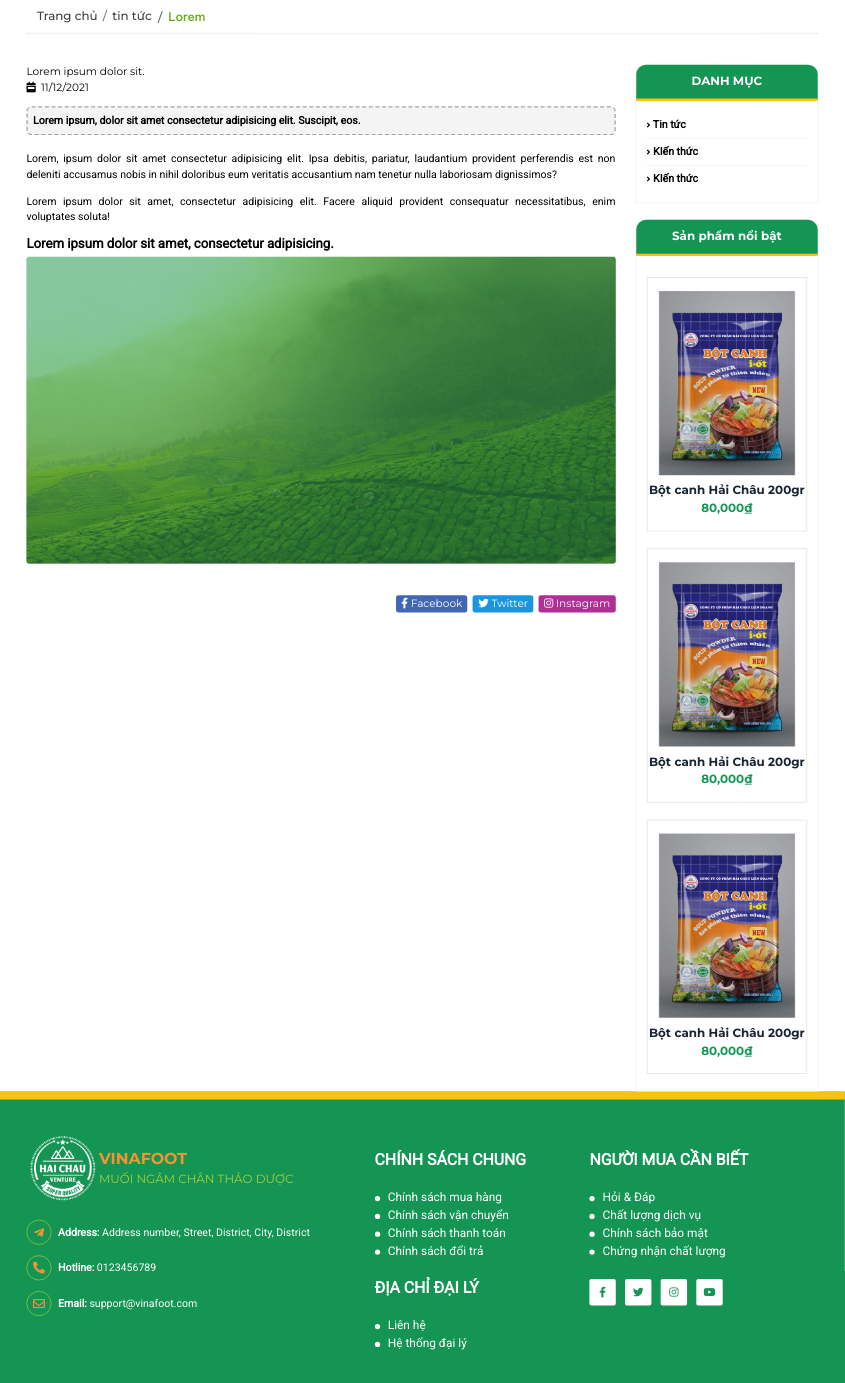
Repository: haianh12082001/VINAFOOT
Page: news-detail.html
These files come from the project's save history. The page is drawn as it stood at one moment and after the next save; the edit follows.
The browser window is 1280 px wide. The pictures show the whole page, at 66% of full size.
Some web libraries are served in a nearby version.

Above is the page before, as saved 2021-12-12 20:32:43.

### news-detail.html
<!DOCTYPE html>
<html lang="en">
    <head>
        <meta charset="UTF-8" />
        <meta http-equiv="X-UA-Compatible" content="IE=edge" />
        <meta name="viewport" content="width=device-width, initial-scale=1.0" />
        <link href="https://fonts.googleapis.com/css2?family=Montserrat:wght@300;400;500;700;900&display=swap" rel="stylesheet" />
        <link href="https://fonts.googleapis.com/css?family=Roboto" rel="stylesheet" />
        <link href="https://fonts.googleapis.com/css2?family=Be+Vietnam+Pro:wght@500&display=swap" rel="stylesheet" />
        <link rel="stylesheet" href="./assets/fonts/fontawesome-free-5.15.3/css/all.min.css" />
        <link
            rel="stylesheet"
            href="https://cdn.jsdelivr.net/npm/bootstrap@4.6.0/dist/css/bootstrap.min.css"
            integrity="sha384-B0vP5xmATw1+K9KRQjQERJvTumQW0nPEzvF6L/Z6nronJ3oUOFUFpCjEUQouq2+l"
            crossorigin="anonymous"
        />
        <link rel="stylesheet" type="text/css" href="https://cdn.jsdelivr.net/npm/slick-carousel@1.8.1/slick/slick.css" />
        <link rel="stylesheet" href="./assets/css/app.css" />
        <title>Document</title>
    </head>
    <body>
        <div class="box-breadcrumb">
            <div class="container">
                <ul class="breadcrumb">
                    <li class="breadcrumb-item"><a href="">Trang chủ</a></li>
                    <li class="breadcrumb-item"><a href="">tin tức</a></li>
                    <li class="breadcrumb-item active">Lorem</li>
                </ul>
            </div>
        </div>
        <section class="news-detail">
            <div class="container">
                <div class="row">
                    <div class="col-lg-9">
                        <div class="title">Lorem ipsum dolor sit.</div>
                        <div class="date mb-3">
                            <i class="fas fa-calendar-week mr-1"></i>
                            11/12/2021
                        </div>
                        <div class="sapo-detail mb-2">Lorem ipsum, dolor sit amet consectetur adipisicing elit. Suscipit, eos.</div>
                        <div class="content-detail py-3">
                            <p>
                                Lorem, ipsum dolor sit amet consectetur adipisicing elit. Ipsa debitis, pariatur, laudantium provident perferendis est non
                                deleniti accusamus nobis in nihil doloribus eum veritatis accusantium nam tenetur nulla laboriosam dignissimos?
                            </p>
                            <p>
                                Lorem ipsum dolor sit amet, consectetur adipisicing elit. Facere aliquid provident consequatur necessitatibus, enim voluptates
                                soluta!
                            </p>
                            <h2>
                                <strong>Lorem ipsum dolor sit amet, consectetur adipisicing.</strong>
                            </h2>
                            <p>
                                <img src="./assets/img/intro/Group 349.jpg" alt="" />
                            </p>
                        </div>
                        <ul class="share-social d-flex justify-content-end mt-3">
                            <li>
                                <button class="btn btn-fb">
                                    <i class="fab fa-facebook-f"></i>
                                    Facebook
                                </button>
                            </li>
                            <li>
                                <button class="btn btn-twitter">
                                    <i class="fab fa-twitter"></i>
                                    Twitter
                                </button>
                            </li>
                            <li>
                                <button class="btn btn-instagram">
                                    <i class="fab fa-instagram"></i>
                                    Instagram
                                </button>
                            </li>
                        </ul>
                    </div>
                    <div class="col-lg-3 mt-lg-0 mt-3">
                        <div class="box-side">
                            <div class="title">DANH MỤC</div>
                            <div class="body">
                                <ul class="menu-right">
                                    <li>
                                        <a href="">
                                            <i class="fas fa-angle-right"></i>
                                            Tin tức
                                        </a>
                                        <!-- <ul>
                                            <li>
                                                <a href="">
                                                    <i class="fas fa-arrow-right"></i>
                                                    Tin tức
                                                </a>
                                            </li>
                                        </ul> -->
                                    </li>
                                    <li>
                                        <a href="">
                                            <i class="fas fa-angle-right"></i>
                                            KIến thức
                                        </a>
                                    </li>
                                    <li>
                                        <a href="">
                                            <i class="fas fa-angle-right"></i>
                                            KIến thức
                                        </a>
                                    </li>
                                </ul>
                            </div>
                        </div>
                        <div class="box-side mt-lg-4 mt-3">
                            <div class="title">Sản phẩm nổi bật</div>
                            <div class="body">
                                <div class="row">
                                    <div class="mt-3 col-lg-12 col-6">
                                        <div class="product-item">
                                            <a href=""><img src="./assets/img/product/Rectangle 196.png" alt="" /></a>
                                            <div class="product-body">
                                                <a href=""> <div class="product-name">Bột canh Hải Châu 200gr</div></a>
                                                <div class="product-price">80,000₫</div>
                                            </div>
                                        </div>
                                    </div>
                                    <div class="mt-3 col-lg-12 col-6">
                                        <div class="product-item">
                                            <a href=""><img src="./assets/img/product/Rectangle 196.png" alt="" /></a>
                                            <div class="product-body">
                                                <a href=""> <div class="product-name">Bột canh Hải Châu 200gr</div></a>
                                                <div class="product-price">80,000₫</div>
                                            </div>
                                        </div>
                                    </div>
                                    <div class="mt-3 col-lg-12 col-6">
                                        <div class="product-item">
                                            <a href=""><img src="./assets/img/product/Rectangle 196.png" alt="" /></a>
                                            <div class="product-body">
                                                <a href=""> <div class="product-name">Bột canh Hải Châu 200gr</div></a>
                                                <div class="product-price">80,000₫</div>
                                            </div>
                                        </div>
                                    </div>
                                </div>
                            </div>
                        </div>
                    </div>
                </div>
            </div>
        </section>
        <div class="footer">
            <div class="line"></div>
            <div class="container">
                <div class="row py-5">
                    <div class="col-lg-5 col-12">
                        <div class="logo d-flex mb-lg-4">
                            <img src="./assets/img/logo-footer.png" alt="" />
                            <div class="d-flex flex-column justify-content-center">
                                <div class="company">vinafoot</div>
                                <div class="name">muối ngâm chân thảo dược</div>
                            </div>
                        </div>
                        <div class="d-flex flex-column">
                            <div class="item d-flex align-items-center mb-3">
                                <div class="icon"><i class="fab fa-telegram-plane"></i></div>
                                <span><b>Address:</b> Address number, Street, District, City, District</span>
                            </div>
                            <div class="item d-flex align-items-center mb-3">
                                <div class="icon"><i class="fas fa-phone-alt"></i></div>
                                <span><b>Hotline:</b> 0123456789</span>
                            </div>
                            <div class="item d-flex align-items-center mb-3">
                                <div class="icon"><i class="far fa-envelope"></i></div>
                                <span><b>Email:</b> support@vinafoot.com</span>
                            </div>
                        </div>
                    </div>
                    <div class="col-lg-4 px-lg-5 col-sm-6 order-sm-2">
                        <div class="title">Người mua cần biết</div>
                        <ul class="list">
                            <li>Hỏi & Đáp</li>
                            <li>Chất lượng dịch vụ</li>
                            <li>Chính sách bảo mật</li>
                            <li>Chứng nhận chất lượng</li>
                        </ul>
                        <div class="social d-flex">
                            <a href="">
                                <div class="social-icon">
                                    <i class="fab fa-facebook-f"></i>
                                </div>
                            </a>
                            <a href="">
                                <div class="social-icon">
                                    <i class="fab fa-twitter"></i>
                                </div>
                            </a>
                            <a href="">
                                <div class="social-icon">
                                    <i class="fab fa-instagram"></i>
                                </div>
                            </a>
                            <a href="">
                                <div class="social-icon">
                                    <i class="fab fa-youtube"></i>
                                </div>
                            </a>
                        </div>
                    </div>
                    <div class="col-lg-3 col-sm-6 order-sm-1">
                        <div class="col-12">
                            <div class="title">Chính sách chung</div>
                            <ul class="list">
                                <li>Chính sách mua hàng</li>
                                <li>Chính sách vận chuyển</li>
                                <li>Chính sách thanh toán</li>
                                <li>Chính sách đổi trả</li>
                            </ul>
                        </div>
                        <div class="col-12">
                            <div class="title">ĐỊa chỉ đại lý</div>
                            <ul class="list">
                                <li>Liên hệ</li>
                                <li>Hệ thống đại lý</li>
                            </ul>
                        </div>
                    </div>
                </div>
            </div>
        </div>
        <script type="text/javascript" src="https://code.jquery.com/jquery-1.11.0.min.js"></script>
        <script type="text/javascript" src="https://code.jquery.com/jquery-migrate-1.2.1.min.js"></script>
        <script
            src="https://cdnjs.cloudflare.com/ajax/libs/bootstrap/4.6.0/js/bootstrap.min.js"
            integrity="sha512-XKa9Hemdy1Ui3KSGgJdgMyYlUg1gM+QhL6cnlyTe2qzMCYm4nAZ1PsVerQzTTXzonUR+dmswHqgJPuwCq1MaAg=="
            crossorigin="anonymous"
            referrerpolicy="no-referrer"
        ></script>
        <script type="text/javascript" src="https://cdn.jsdelivr.net/npm/slick-carousel@1.8.1/slick/slick.min.js"></script>
        <script src="./assets/js/main.js"></script>
    </body>
</html>

Loaded but not shown: assets/fonts/fontawesome-free-5.15.3/css/all.min.css (library); assets/js/main.js (103 lines, source omitted); assets/css/app.css (2055 lines, source omitted)

After the next save:
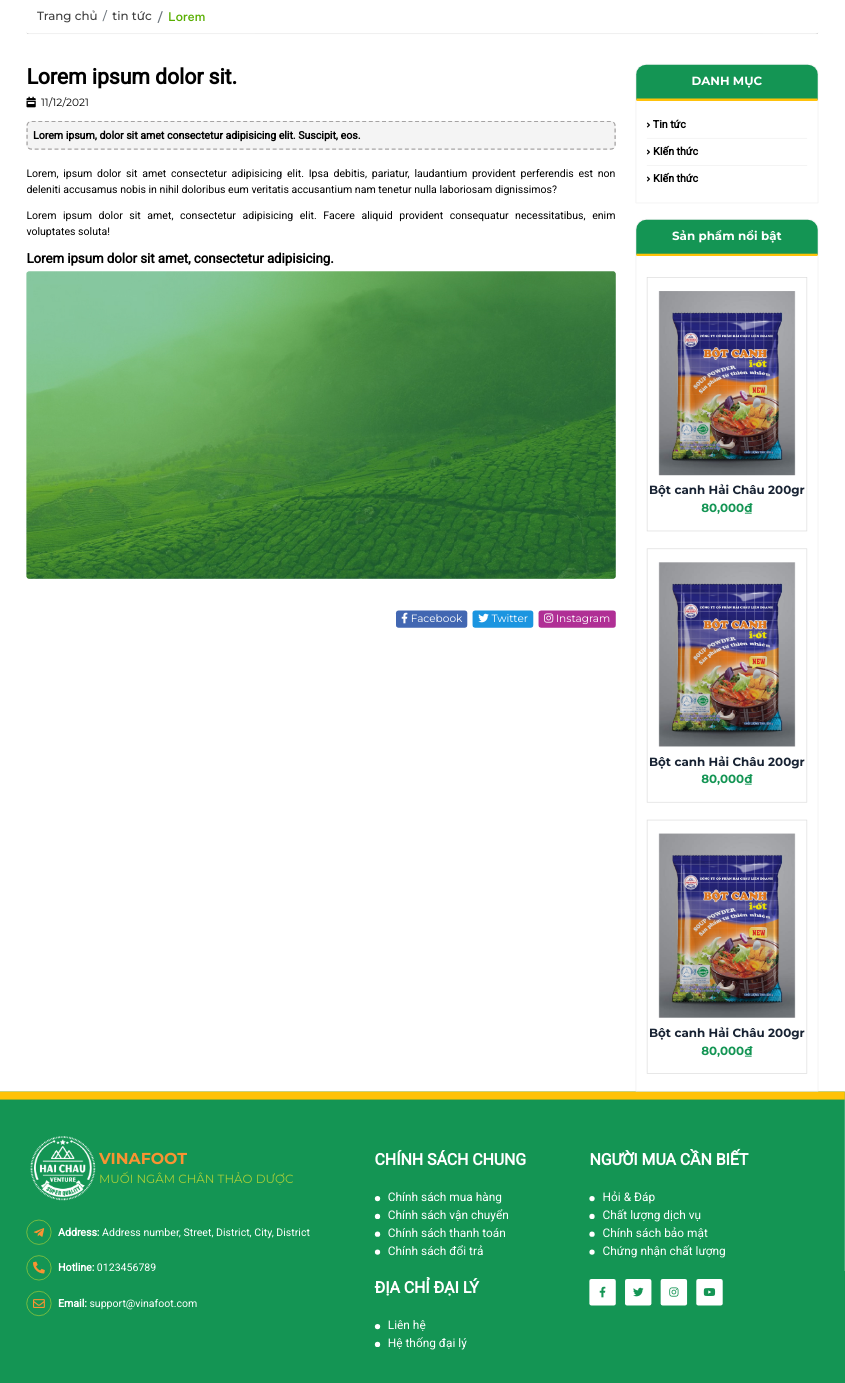
Saved 99 s later.
--- a/news-detail.html
+++ b/news-detail.html
@@ -32,7 +32,7 @@
             <div class="container">
                 <div class="row">
                     <div class="col-lg-9">
-                        <div class="title">Lorem ipsum dolor sit.</div>
+                        <h1 class="article-title">Lorem ipsum dolor sit.</h1>
                         <div class="date mb-3">
                             <i class="fas fa-calendar-week mr-1"></i>
                             11/12/2021
